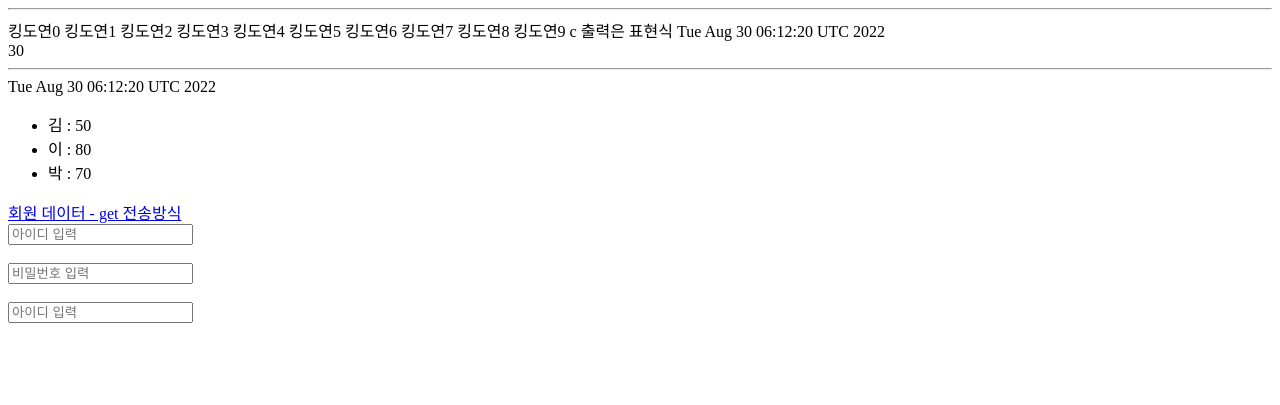
Repository: cordingdodo/javaworks2
Page: http://localhost/practice01/
These files come from the project's save history. The page is drawn as it stood at one moment and after the next save; the edit follows.
The browser window is 1280 px wide. The pictures show the whole page.
The page is served by Tomcat 9. Other server files are loaded and not shown.

Above is the page before, as saved 2022-10-11 06:46:52.

### practice01/WebContent/index.jsp
<%@ page language="java" contentType="text/html; charset=UTF-8"
    pageEncoding="UTF-8"%>
   <%@ page import="java.util.Date" %> <!-- 페이지 디렉티브 (반드시 있어야함)-->
<!DOCTYPE html>
<html>
<head>
<meta charset="UTF-8">
<title>웹 문서 테스트</title>
</head>
<body>

<%! //선언문 = 객체, 변수, 메소드 선언시
	int[] jumsu = {50,80,70};
	String[] names = {"김", "이", "박"};
	int a = 20;
	int b = 30;
	Date now = new Date();

 %>
 <hr>
<%
	//처리 구문 -> 스크립트릿(scriptlet) : 자바 코드/명령어
	int c = a + b;
	String name = "킹도연";
	if(a>b){
		c = a;
	} else {
		c = b;
	}
	for(int d=0;d<10;d++){
		out.println(name+d); //out: 출력개체를 의미 browser
	}
	out.println("c 출력은 표현식");
	out.println(now);

	//<%!--<%=c <- 얘를 표현식이라고 함  --%>

<div id="result"><!--각주 -->
<%=c %>
<hr>
<%=now %>
<ul>
<%
	for(int e=0;e<3;e++){
%>
<li><%=names[e] %> : <%=jumsu[e] %></li>
<%
	}
%>
</ul>
<a href="test01.jsp?id=kdy&pw=1234&name=김더연">회원 데이터 - get 전송방식</a>
<form action="test12.jsp" name="login_form">
	<input name="id" id="id" placeholder="아이디 입력"><br><br>
	<input type="password" id="password" placeholder="비밀번호 입력"><br><br>
	<input name="id" id="id" placeholder="아이디 입력"><br><br>
</form>
<div id="msg">

</div>
</div>
</body>
</html>

After the next save:
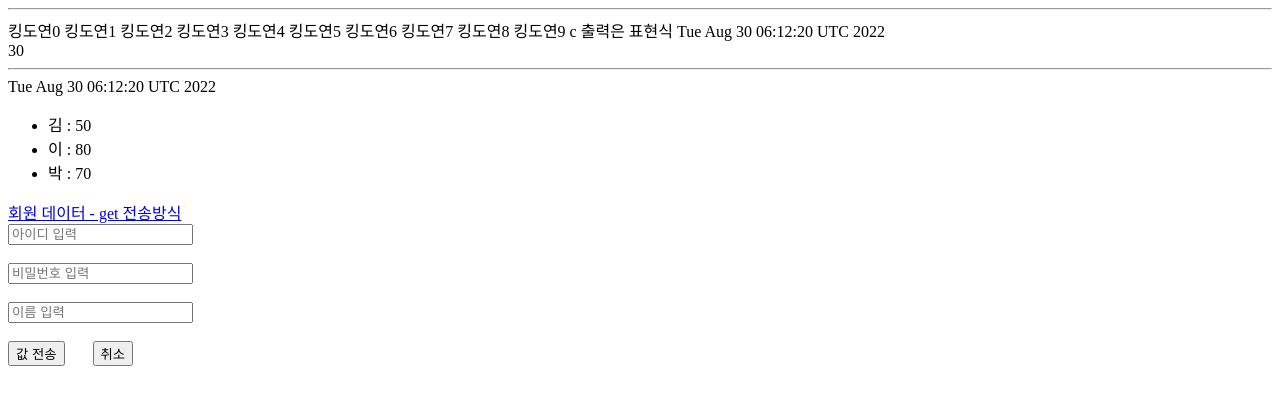
Saved 45 s later.
--- a/practice01/WebContent/index.jsp
+++ b/practice01/WebContent/index.jsp
@@ -52,7 +52,9 @@
 <form action="test12.jsp" name="login_form">
 	<input name="id" id="id" placeholder="아이디 입력"><br><br>
 	<input type="password" id="password" placeholder="비밀번호 입력"><br><br>
-	<input name="id" id="id" placeholder="아이디 입력"><br><br>
+	<input name="name" id="name" placeholder="이름 입력"><br><br>
+	<input type="submit" value="값 전송"> &nbsp; &nbsp; &nbsp;
+	<input type="reset" value="취소"> &nbsp; &nbsp;
 </form>
 <div id="msg">
 
